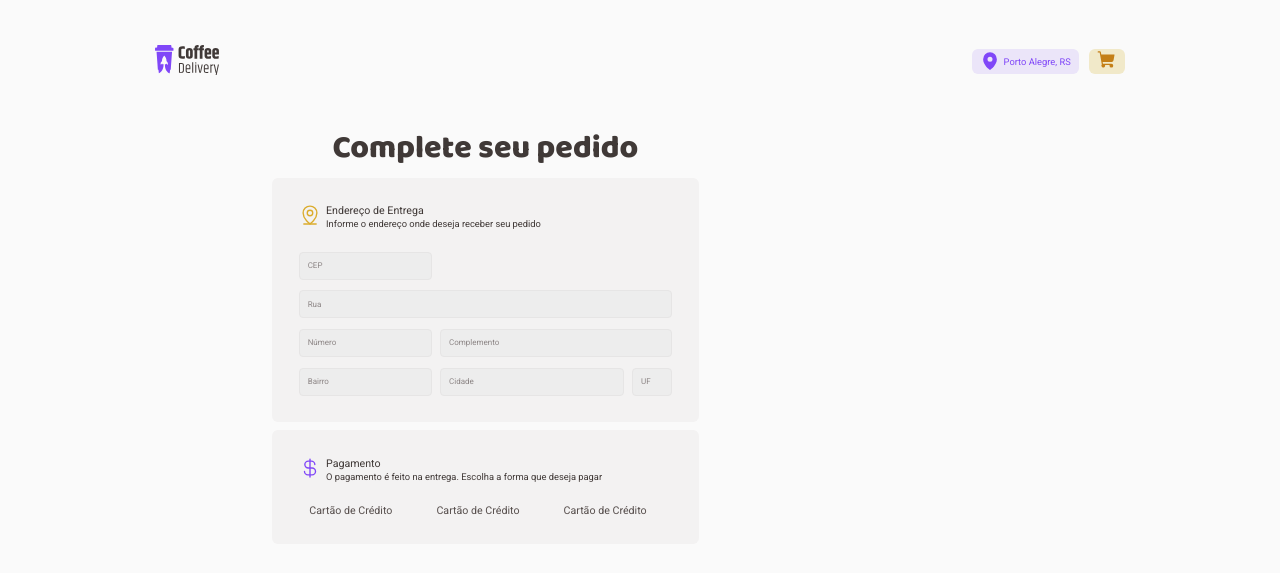
Repository: guilhermecardoso93/react-coffee-delivery
Page: /completeorder
An editor plug-in stored every save of this project. The page is shown before and after the next save, followed by the edit.
The browser window is 1280 px wide. The pictures show the whole page.
The project was rebuilt for these pictures with package versions that can differ from the ones it lists, and the page was loaded fresh each time. Also part of the build but not shown: vite.config.ts, src/pages/Home/Intro/styles.ts, src/pages/Home/Intro/index.tsx, src/data/coffees.ts, src/pages/Home/MenuCard/styles.ts, src/components/QuantityInput/styles.ts, src/components/QuantityInput/index.tsx, src/utils/formatMoney.ts and 5 more.

Above is the page before, as saved 2022-07-20 20:14:33.

After the next save:
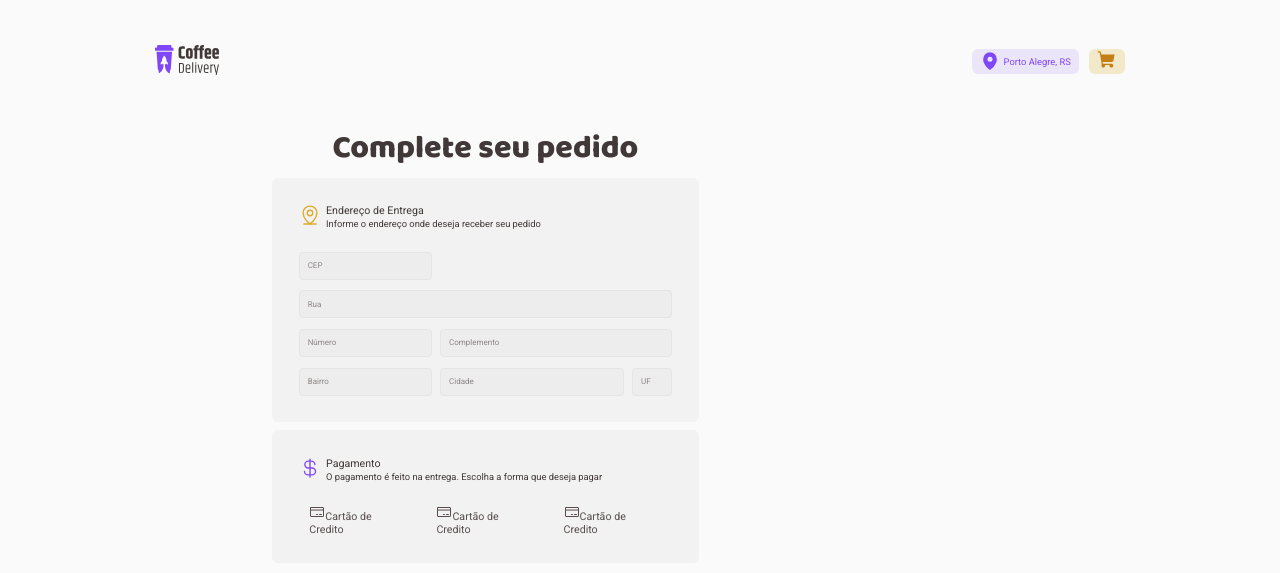
Saved 69 s later.
--- a/src/pages/CompleteOrder/components/PaymentOptionInput/index.tsx
+++ b/src/pages/CompleteOrder/components/PaymentOptionInput/index.tsx
@@ -1,9 +1,11 @@
+import { CreditCard } from "phosphor-react";
 import { PaymentOptionInputContainer } from "./styles";
 
 export function PaymentOptionInput() {
   return (
     <PaymentOptionInputContainer>
-      Cartão de Crédito
+      <CreditCard size={16}/>
+      Cartão de Credito
     </PaymentOptionInputContainer>
   );
 }
